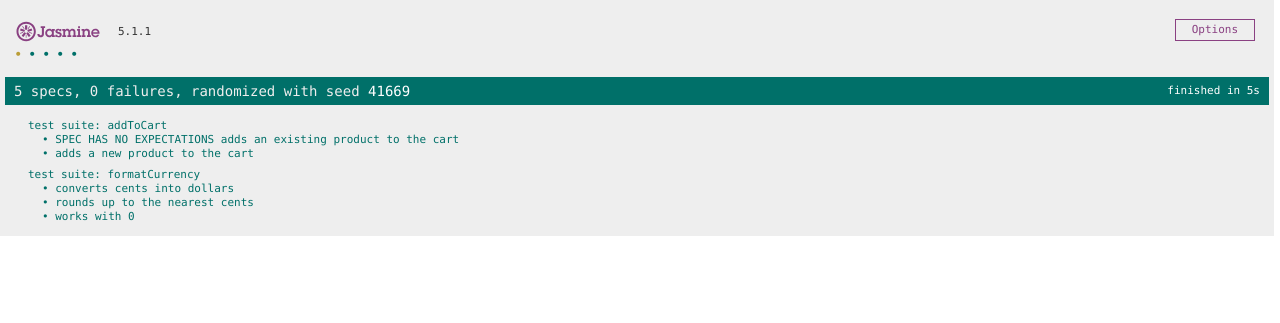
Repository: Jpr-2311/Amazon_Clone
Page: tests-jasmine/tests.html
An editor plug-in stored every save of this project. The page is shown before and after a run of saves, followed by the edit.
The browser window is 1280 px wide. The pictures show the whole page.

Above is the page before, as saved 2025-06-19 11:27:12.

### tests-jasmine/tests.html
<!DOCTYPE html>
<html>
<head>
  <meta charset="utf-8">
  <title>Jasmine Spec Runner v5.1.1</title>

  <link rel="shortcut icon" type="image/png" href="lib/jasmine-5.1.1/jasmine_favicon.png">
  <link rel="stylesheet" href="lib/jasmine-5.1.1/jasmine.css">

  <script src="lib/jasmine-5.1.1/jasmine.js"></script>
  <script src="lib/jasmine-5.1.1/jasmine-html.js"></script>
  <script src="lib/jasmine-5.1.1/boot0.js"></script>
  <!-- optional: include a file here that configures the Jasmine env -->
  <script src="lib/jasmine-5.1.1/boot1.js"></script>

  <script src="utils/moneyTest.js" type="module"></script>
  <script src="data/cartTest.js" type="module"></script>
</head>

<body>
</body>
</html>

### tests-jasmine/lib/jasmine-5.1.1/boot0.js
 /*
Copyright (c) 2008-2023 Pivotal Labs

Permission is hereby granted, free of charge, to any person obtaining
a copy of this software and associated documentation files (the
"Software"), to deal in the Software without restriction, including
without limitation the rights to use, copy, modify, merge, publish,
distribute, sublicense, and/or sell copies of the Software, and to
permit persons to whom the Software is furnished to do so, subject to
the following conditions:

The above copyright notice and this permission notice shall be
included in all copies or substantial portions of the Software.

THE SOFTWARE IS PROVIDED "AS IS", WITHOUT WARRANTY OF ANY KIND,
EXPRESS OR IMPLIED, INCLUDING BUT NOT LIMITED TO THE WARRANTIES OF
MERCHANTABILITY, FITNESS FOR A PARTICULAR PURPOSE AND
NONINFRINGEMENT. IN NO EVENT SHALL THE AUTHORS OR COPYRIGHT HOLDERS BE
LIABLE FOR ANY CLAIM, DAMAGES OR OTHER LIABILITY, WHETHER IN AN ACTION
OF CONTRACT, TORT OR OTHERWISE, ARISING FROM, OUT OF OR IN CONNECTION
WITH THE SOFTWARE OR THE USE OR OTHER DEALINGS IN THE SOFTWARE.
*/
/**
 This file starts the process of "booting" Jasmine. It initializes Jasmine,
 makes its globals available, and creates the env. This file should be loaded
 after `jasmine.js` and `jasmine_html.js`, but before `boot1.js` or any project
 source files or spec files are loaded.
 */
(function() {
  const jasmineRequire = window.jasmineRequire || require('./jasmine.js');

  /**
   * ## Require &amp; Instantiate
   *
   * Require Jasmine's core files. Specifically, this requires and attaches all of Jasmine's code to the `jasmine` reference.
   */
  const jasmine = jasmineRequire.core(jasmineRequire),
    global = jasmine.getGlobal();
  global.jasmine = jasmine;

  /**
   * Since this is being run in a browser and the results should populate to an HTML page, require the HTML-specific Jasmine code, injecting the same reference.
   */
  jasmineRequire.html(jasmine);

  /**
   * Create the Jasmine environment. This is used to run all specs in a project.
   */
  const env = jasmine.getEnv();

  /**
   * ## The Global Interface
   *
   * Build up the functions that will be exposed as the Jasmine public interface. A project can customize, rename or alias any of these functions as desired, provided the implementation remains unchanged.
   */
  const jasmineInterface = jasmineRequire.interface(jasmine, env);

  /**
   * Add all of the Jasmine global/public interface to the global scope, so a project can use the public interface directly. For example, calling `describe` in specs instead of `jasmine.getEnv().describe`.
   */
  for (const property in jasmineInterface) {
    global[property] = jasmineInterface[property];
  }
})();

### tests-jasmine/utils/moneyTest.js
import {formatCurrency} from '../../scripts/utils/money.js';

describe('test suite: formatCurrency',()=>{
 it('converts cents into dollars',()=>{
  expect(formatCurrency(2095)).toEqual('20.95');
 });

 it('works with 0',()=>{
  expect(formatCurrency(0)).toEqual('0.00');
 });

 it('rounds up to the nearest cents',()=>{
  expect(formatCurrency(2000.5)).toEqual('20.01')
 });
});

### tests-jasmine/data/cartTest.js
import {addToCart,cart,loadFromStorage} from'../../data/cart.js';


describe('test suite: addToCart',()=>{
  it('adds an existing product to the cart',()=>{

  });

  it('adds a new product to the cart',()=>{

spyOn(localStorage,'setItem');

      spyOn(localStorage,'getItem').and.callFake(()=>{
        return JSON.stringify([]);
      });
      loadFromStorage();

      addToCart('e43638ce-6aa0-4b85-b27f-e1d07eb678c6');
      expect(cart.length).toEqual(1);
      expect(localStorage.setItem).toHaveBeenCalledTimes(1);
      expect(cart[0].productId).toEqual('e43638ce-6aa0-4b85-b27f-e1d07eb678c6');
    expect(cart[0].quantity)
  });
});

### data/cart.js
export let cart;

loadFromStorage();

 export function loadFromStorage(){
    cart = JSON.parse(localStorage.getItem('cart'));

          if (!cart) {
            cart = [{
            productId: 'e43638ce-6aa0-4b85-b27f-e1d07eb678c6',
            quantity: 2,
            deliveryOptionId: '1'
          }, {
            productId: '15b6fc6f-327a-4ec4-896f-486349e85a3d',
            quantity: 1,
            deliveryOptionId: '2'
          }];
         }
  }

function saveToStorage() {
  localStorage.setItem('cart', JSON.stringify(cart));
}

export function addToCart(productId) {
  let matchingItem;

  cart.forEach((cartItem) => {
    if (productId === cartItem.productId) {
      matchingItem = cartItem;
    }
  });

  if (matchingItem) {
    matchingItem.quantity += 1;
  } else {
    cart.push({
      productId: productId,
      quantity: 1,
      deliveryOptionId: '1'
    });
  }

  saveToStorage();
}

export function removeFromCart(productId) {
  const newCart = [];

  cart.forEach((cartItem) => {
    if (cartItem.productId !== productId) {
      newCart.push(cartItem);
    }
  });

  cart = newCart;

  saveToStorage();
}

export function updateDeliveryOption(productId, deliveryOptionId) {
  let matchingItem;

  cart.forEach((cartItem) => {
    if (productId === cartItem.productId) {
      matchingItem = cartItem;
    }
  });

  matchingItem.deliveryOptionId = deliveryOptionId;

  saveToStorage();
}

Loaded but not shown: tests-jasmine/lib/jasmine-5.1.1/jasmine.css (library); tests-jasmine/lib/jasmine-5.1.1/jasmine.js (library); tests-jasmine/lib/jasmine-5.1.1/jasmine-html.js (library); tests-jasmine/lib/jasmine-5.1.1/boot1.js (library); scripts/utils/money.js (common file)

After the next 3 saves:
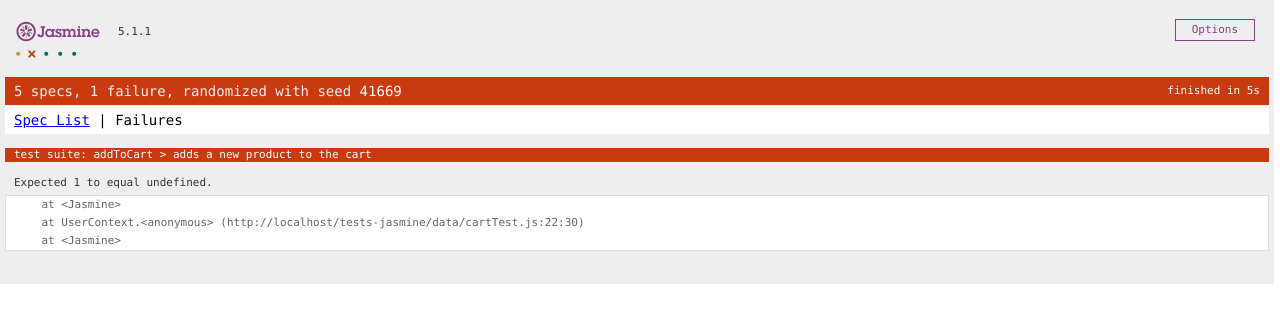
The 3 saves are shown as one change because they came seconds apart.
The last was saved 14 s later.
--- a/tests-jasmine/data/cartTest.js
+++ b/tests-jasmine/data/cartTest.js
@@ -19,6 +19,6 @@
       expect(cart.length).toEqual(1);
       expect(localStorage.setItem).toHaveBeenCalledTimes(1);
       expect(cart[0].productId).toEqual('e43638ce-6aa0-4b85-b27f-e1d07eb678c6');
-    expect(cart[0].quantity)
+    expect(cart[0].quantity).toEqual()
   });
 });

After the save that followed:
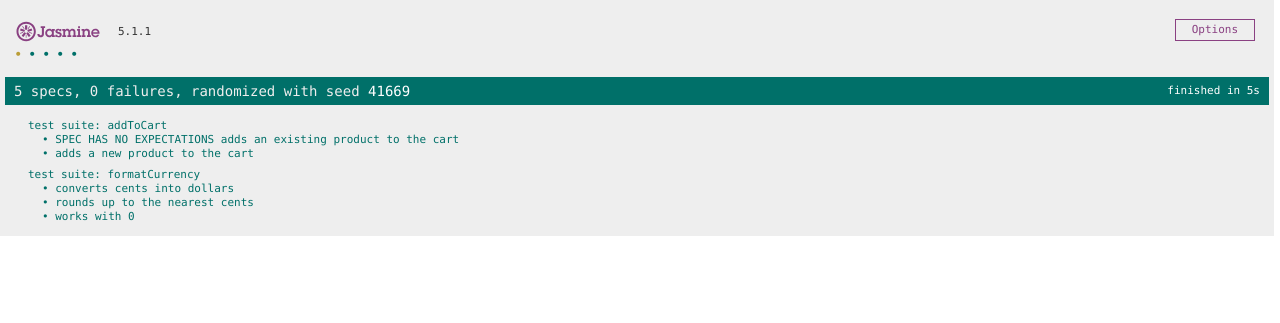
Saved 7 s later.
--- a/tests-jasmine/data/cartTest.js
+++ b/tests-jasmine/data/cartTest.js
@@ -19,6 +19,6 @@
       expect(cart.length).toEqual(1);
       expect(localStorage.setItem).toHaveBeenCalledTimes(1);
       expect(cart[0].productId).toEqual('e43638ce-6aa0-4b85-b27f-e1d07eb678c6');
-    expect(cart[0].quantity).toEqual()
+    expect(cart[0].quantity).toEqual(1)
   });
 });
